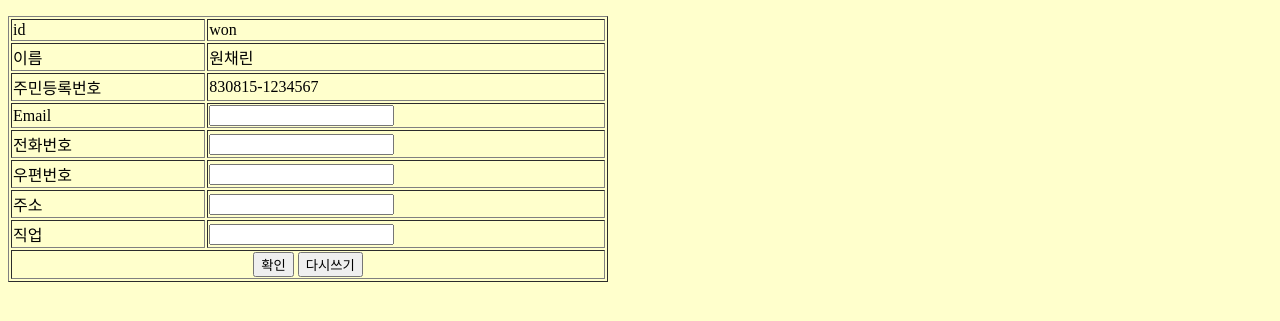
Repository: Chaelin02/2-_JSP
Page: http://localhost/BasicJSP/jdbc07/update_2312.jsp
The author's editor kept a copy of each file at every save. The page is drawn from the files as they stood at one save, then again after the next save.
The browser window is 1280 px wide. The pictures show the whole page.
The page is served by Tomcat 9.

Above is the page before, as saved 2019-06-25 02:04:41.

After the next save:
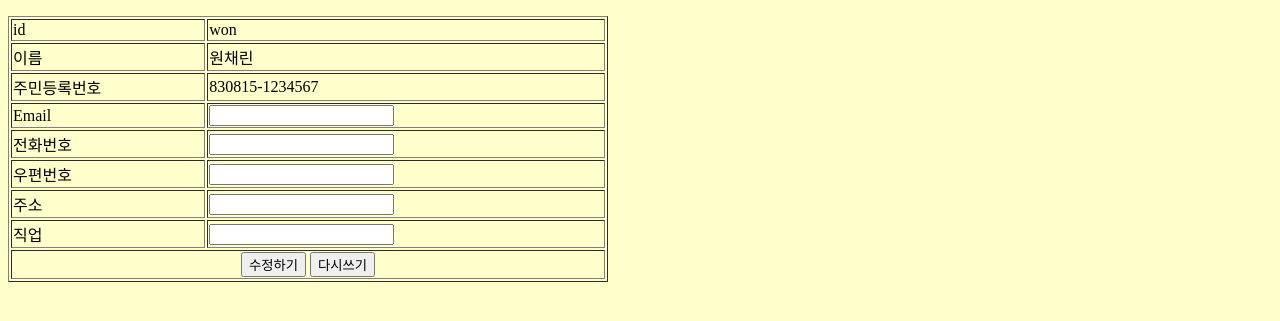
Saved 5 min 46 s later.
--- a/BasicJSP/WebContent/jdbc07/update_2312.jsp
+++ b/BasicJSP/WebContent/jdbc07/update_2312.jsp
@@ -53,7 +53,7 @@
 	<td colspan=3>
 	<center>
 
-		<input type = "submit" value="확인" onClick="javascript:location.href='updatePro_2312.jsp'">
+		<input type = "submit" value="수정하기" onClick="javascript:location.href='updatePro_2312.jsp'">
 
 		<input type = "reset" value="다시쓰기">
 	</center>
